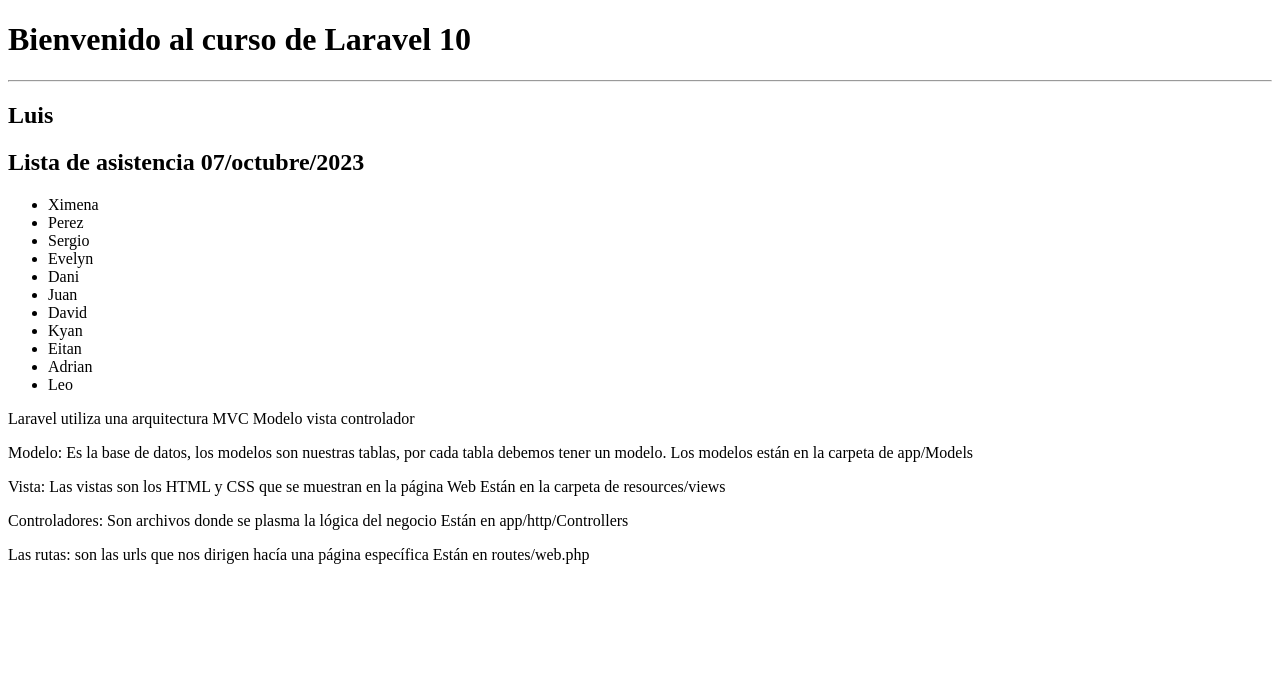
Repository: terrazasjuancarlos/cursoLaravel2-master
Page: http://localhost/bienvenido
The author's editor kept a copy of each file at every save. The page is drawn from the files as they stood at one save, then again after the next save.
The browser window is 1280 px wide. The pictures show the whole page.
The page is served by the project's Laravel application, run on PHP 8.4 with Laravel 10.

Above is the page before, as saved 2023-10-07 12:48:55.

After the next save:
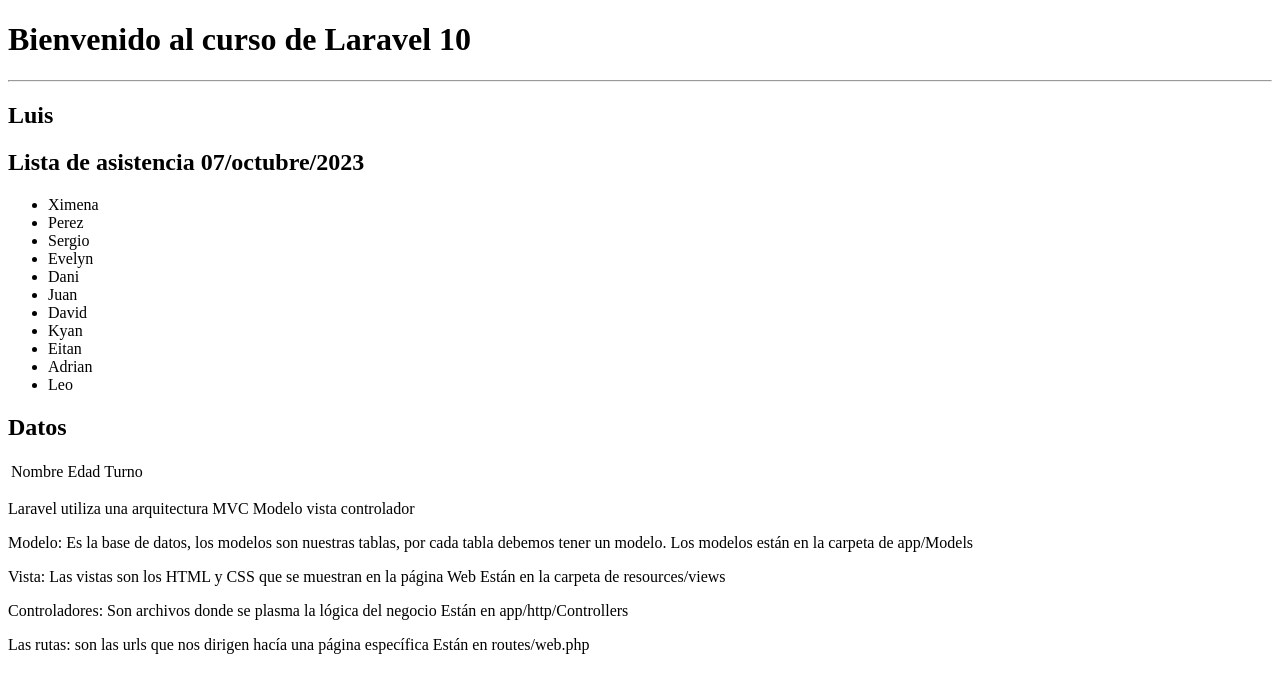
Saved 109 s later.
--- a/resources/views/bienvenido.blade.php
+++ b/resources/views/bienvenido.blade.php
@@ -15,6 +15,14 @@
             <li>{{ $a }}</li>
         @endforeach
     </ul>
+    <h2>Datos</h2>
+    <table>
+        <tr>
+            <td>Nombre</td>
+            <td>Edad</td>
+            <td>Turno</td>
+        </tr>
+    </table>
     <p>Laravel utiliza una arquitectura MVC Modelo vista controlador</p>
 
     <p>
